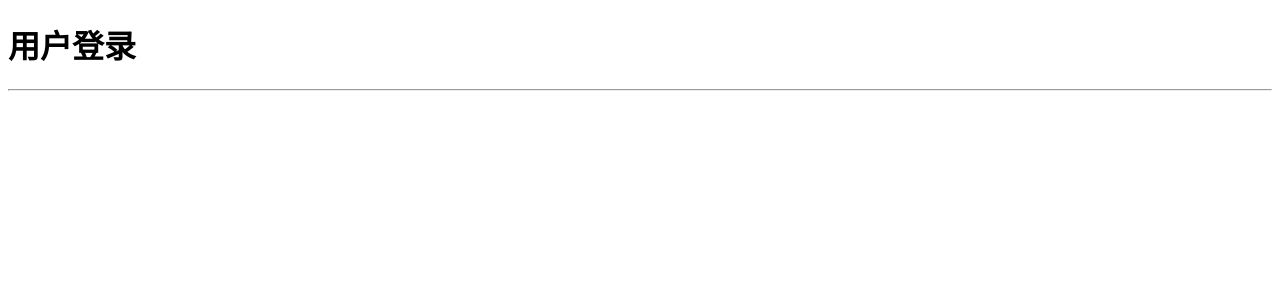
Repository: Zendq1998/jdbc
Page: http://localhost/webroot/login.jsp
An editor plug-in stored every save of this project. The page is shown before and after the next save, followed by the edit.
The browser window is 1280 px wide. The pictures show the whole page.
The page is served by Tomcat 9. Nobody is signed in. The application's start-up code is not run.

Above is the page before, as saved 2018-04-19 15:54:30.

After the next save:
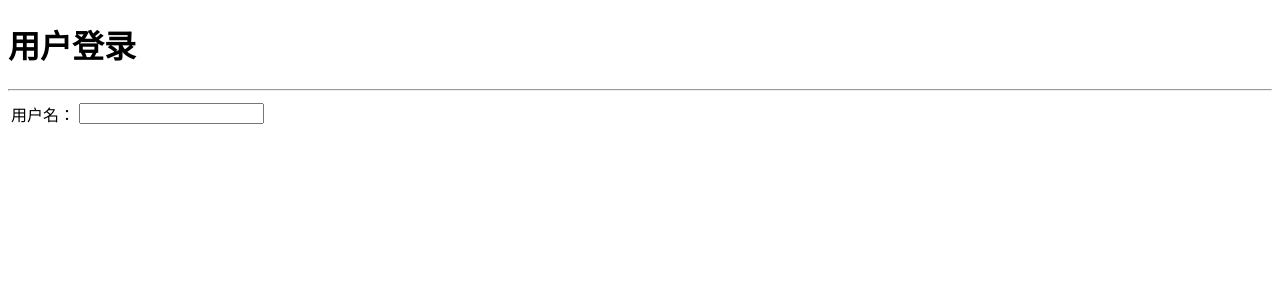
Saved 108 s later.
--- a/webroot/WebContent/login.jsp
+++ b/webroot/WebContent/login.jsp
@@ -11,7 +11,10 @@
 <hr>
 <form action="dologin.jsp" name="loginForm" method="get">
 	<table>
-
+		<tr>
+			<td>用户名：</td>
+			<td><input type="text" name="username"></td>
+		</tr>
 	</table>
 </form>
 </body>
